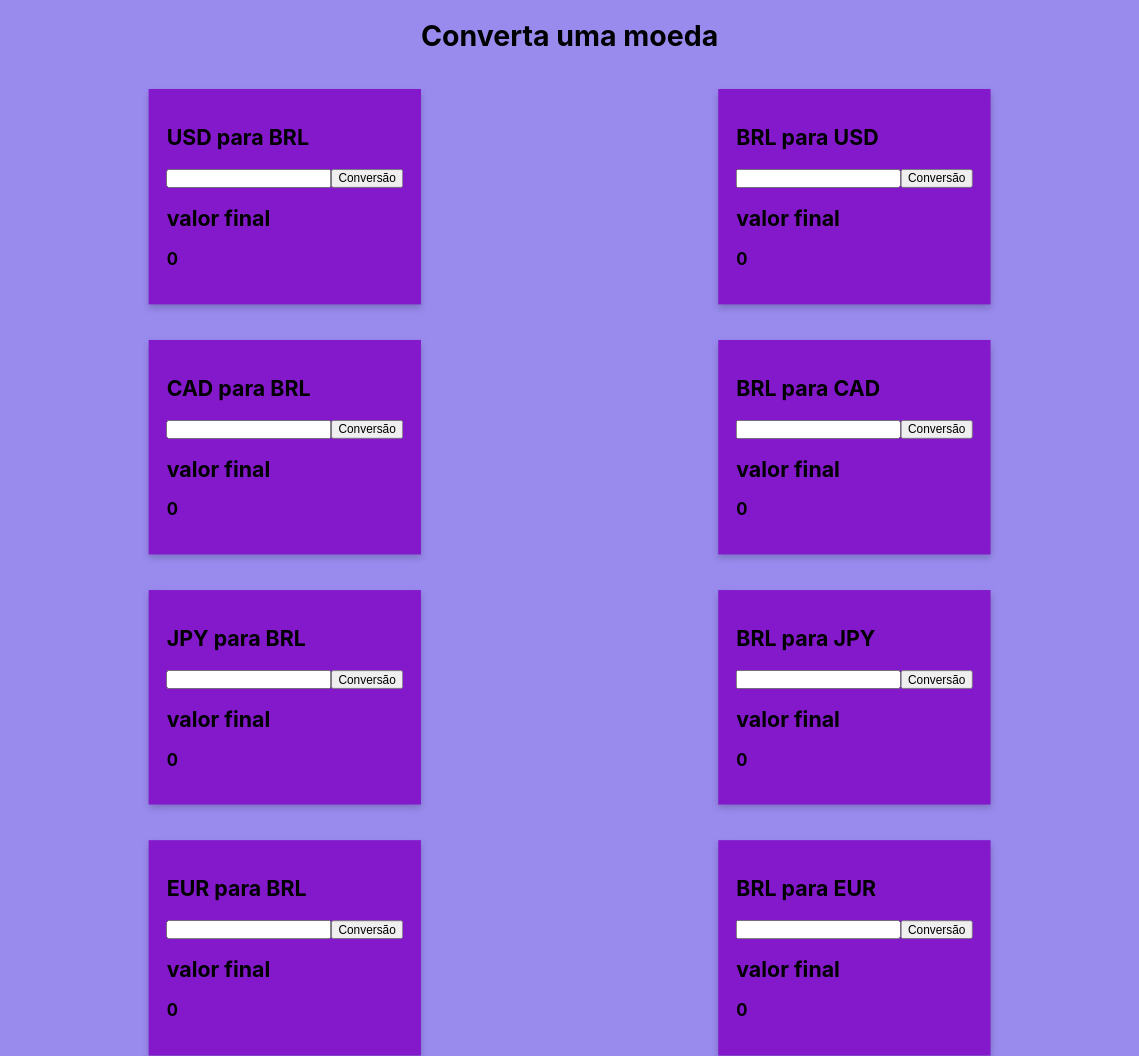
Repository: DeanLemosXD/Currency-converter
Page: /
The author's editor kept a copy of each file at every save. The page is drawn from the files as they stood at one save, then again after the next save.
The browser window is 1280 px wide. The pictures show the whole page, at 89% of full size.
The project was rebuilt for these pictures with package versions that can differ from the ones it lists, and the page was loaded fresh each time.

Above is the page before, as saved 2021-10-19 18:25:04.

After the next save:
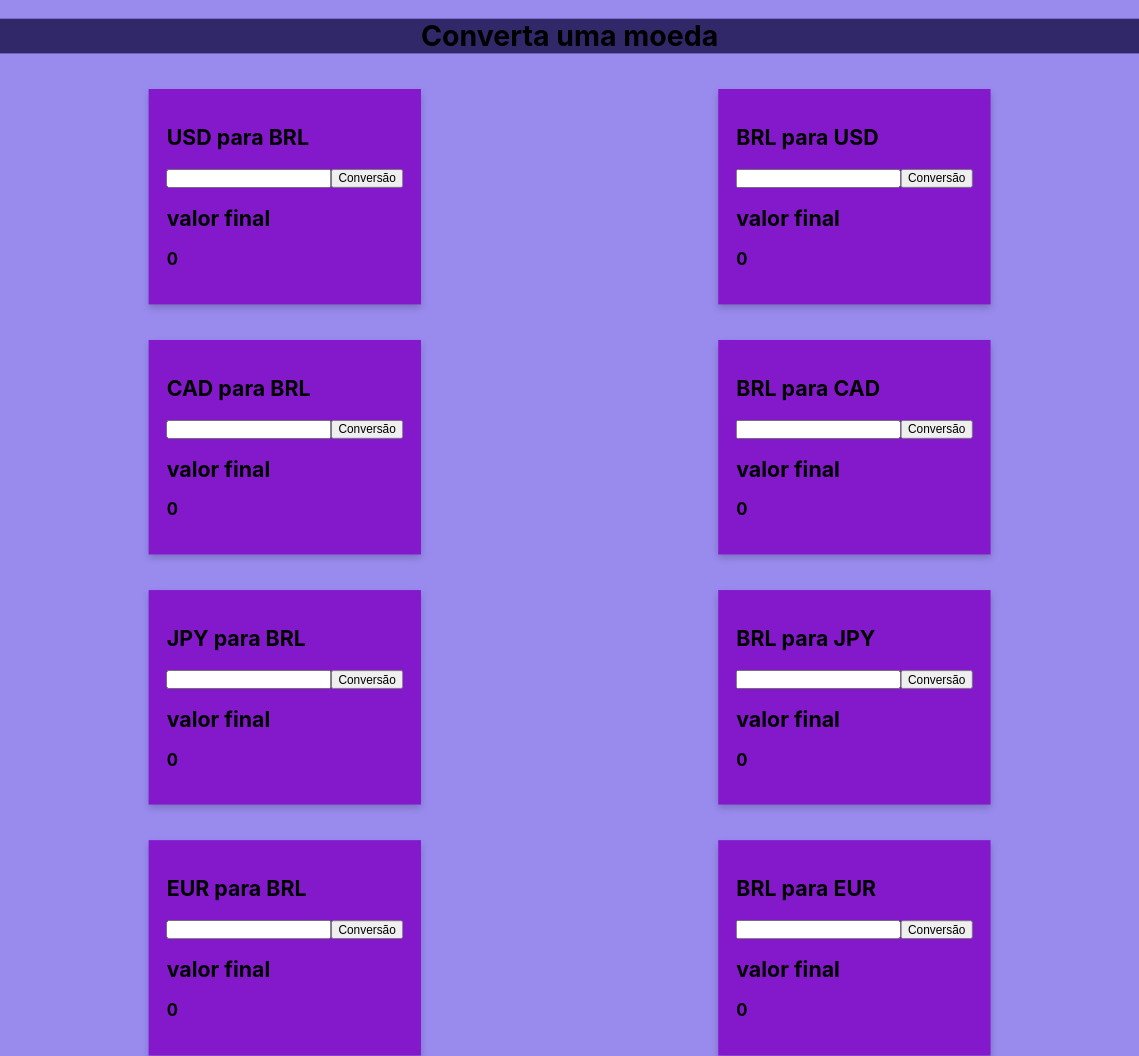
Saved 8 s later.
--- a/src/App.css
+++ b/src/App.css
@@ -8,10 +8,11 @@
 h1{
 
     text-align: center;
+    background-color:rgb(48, 40, 105)
 }
 
 .app{
     margin: auto;
     max-width: 900px;
-    background-color:rgb(132, 25, 204)
+
 }
